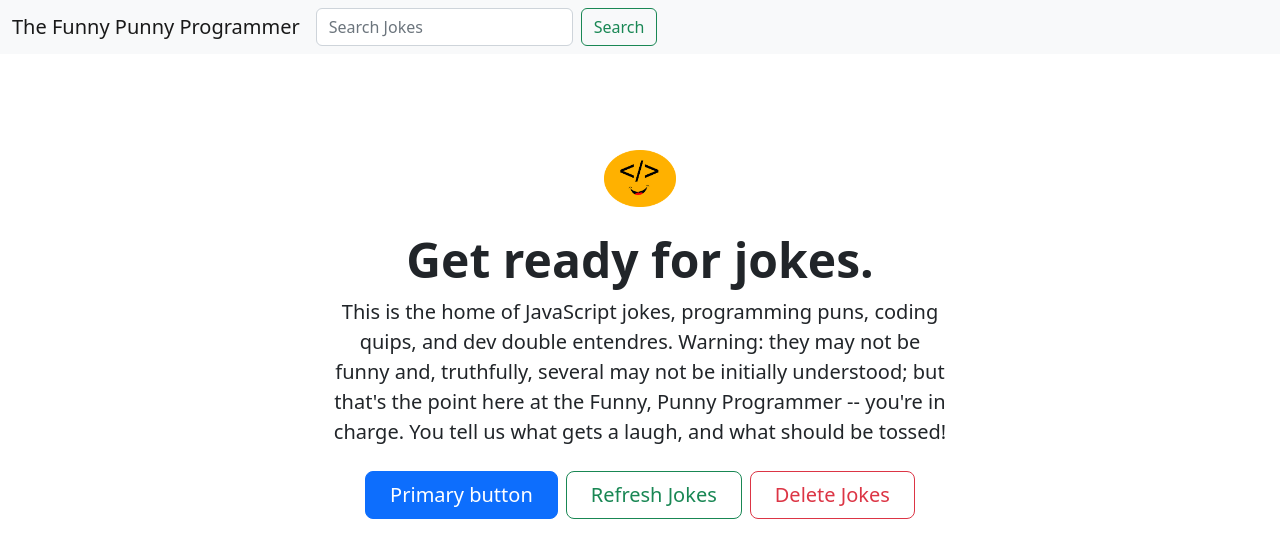
Repository: annferracane/phase-1-personal-project
Page: index.html
These files come from the project's save history. The page is drawn as it stood at one moment and after the next save; the edit follows.
The browser window is 1280 px wide. The pictures show the whole page.
The page's requests for data from a server got no answer.

Above is the page before, as saved 2022-12-08 11:59:29.

After the next save:
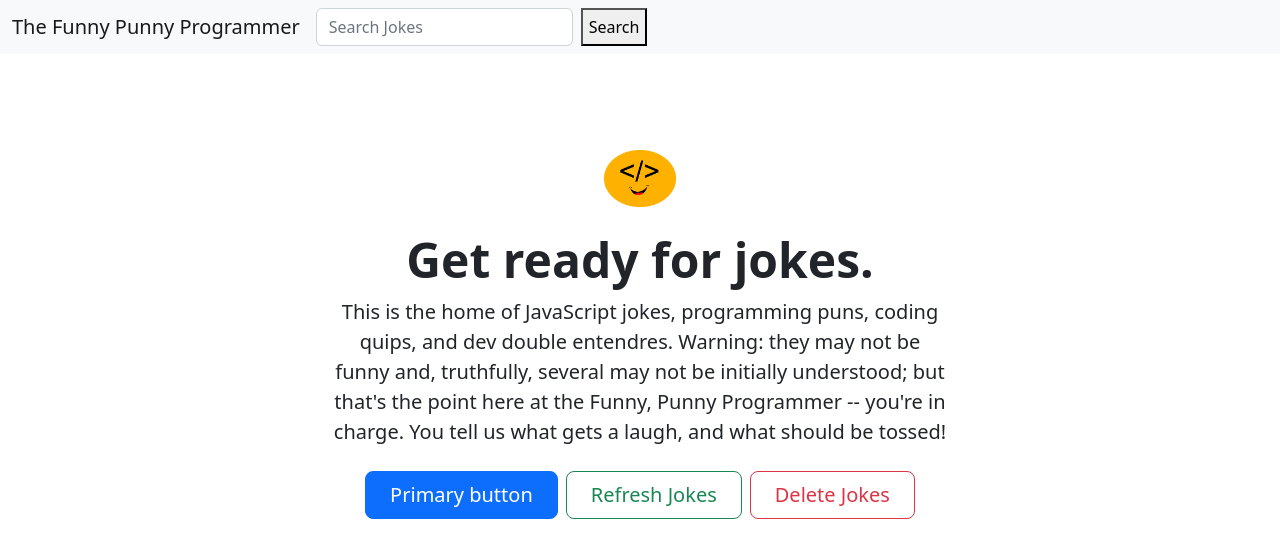
Saved 9 s later.
--- a/index.html
+++ b/index.html
@@ -19,7 +19,7 @@
               <div class="collapse navbar-collapse" id="navbarSupportedContent">
                 <form class="d-flex" role="search">
                   <input class="form-control me-2" type="search" placeholder="Search Jokes" aria-label="Search">
-                  <button class="btn btn-outline-success" type="submit">Search</button>
+                  <button id=class="btn btn-outline-success" type="submit">Search</button>
                 </form>
               </div>
             </div>

After the save that followed:
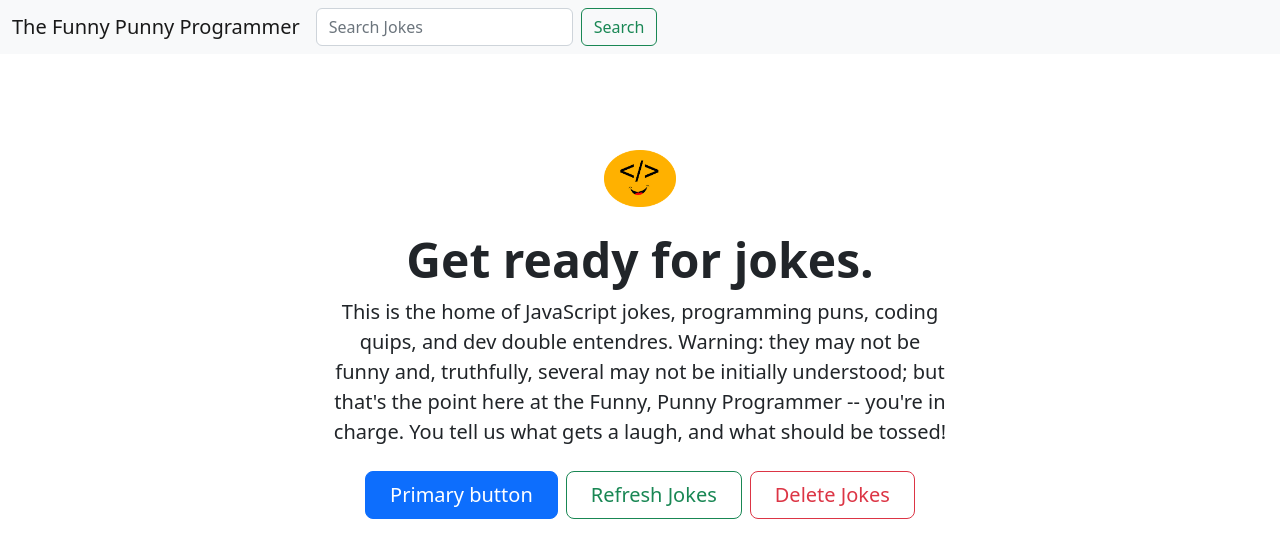
Saved 5 s later.
--- a/index.html
+++ b/index.html
@@ -19,7 +19,7 @@
               <div class="collapse navbar-collapse" id="navbarSupportedContent">
                 <form class="d-flex" role="search">
                   <input class="form-control me-2" type="search" placeholder="Search Jokes" aria-label="Search">
-                  <button id=class="btn btn-outline-success" type="submit">Search</button>
+                  <button id="joke-search" class="btn btn-outline-success" type="submit">Search</button>
                 </form>
               </div>
             </div>
